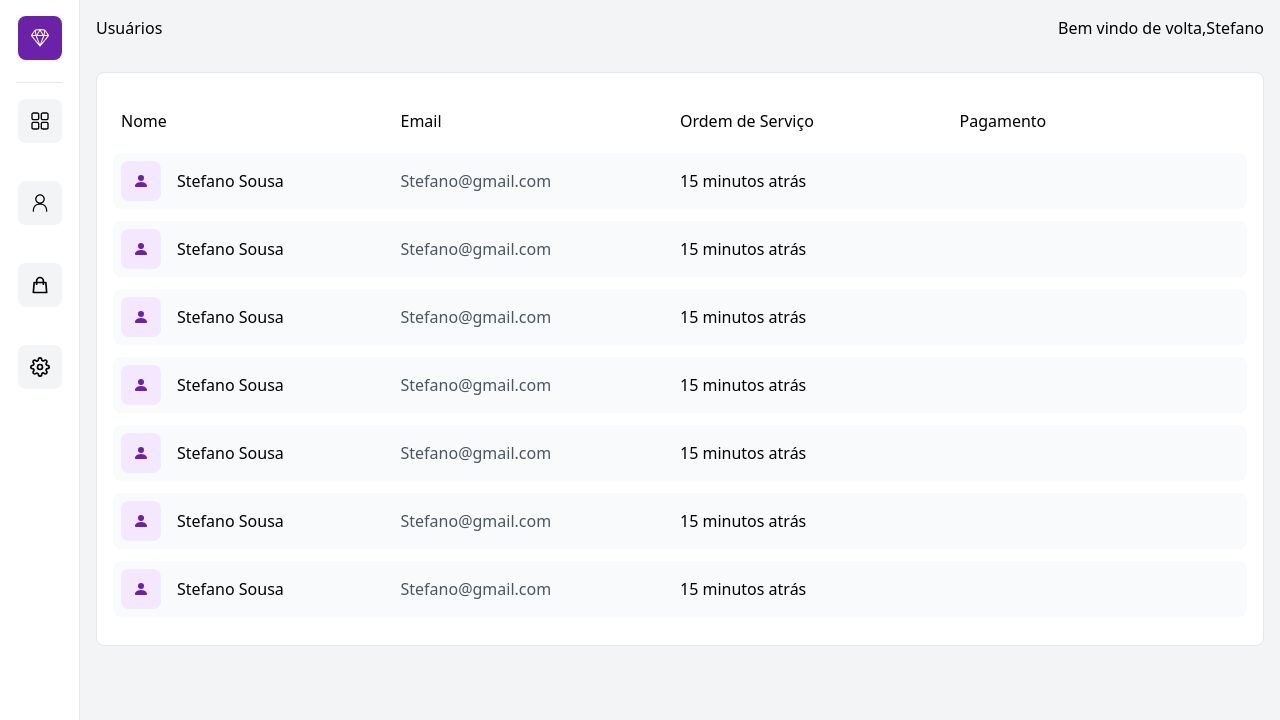
Repository: stefanosousaa/dashboard-next13
Page: /costumers
The author's editor kept a copy of each file at every save. The page is drawn from the files as they stood at one save, then again after the next save.
The browser window is 1280 px wide. The pictures show the whole page.
The project was rebuilt for these pictures with package versions that can differ from the ones it lists, and the page was loaded fresh each time. The framework's server and built-in components were replaced by stand-ins that run in the browser. Also part of the build but not shown: next.config.js.

Above is the page before, as saved 2023-05-16 19:36:16.

After the next save:
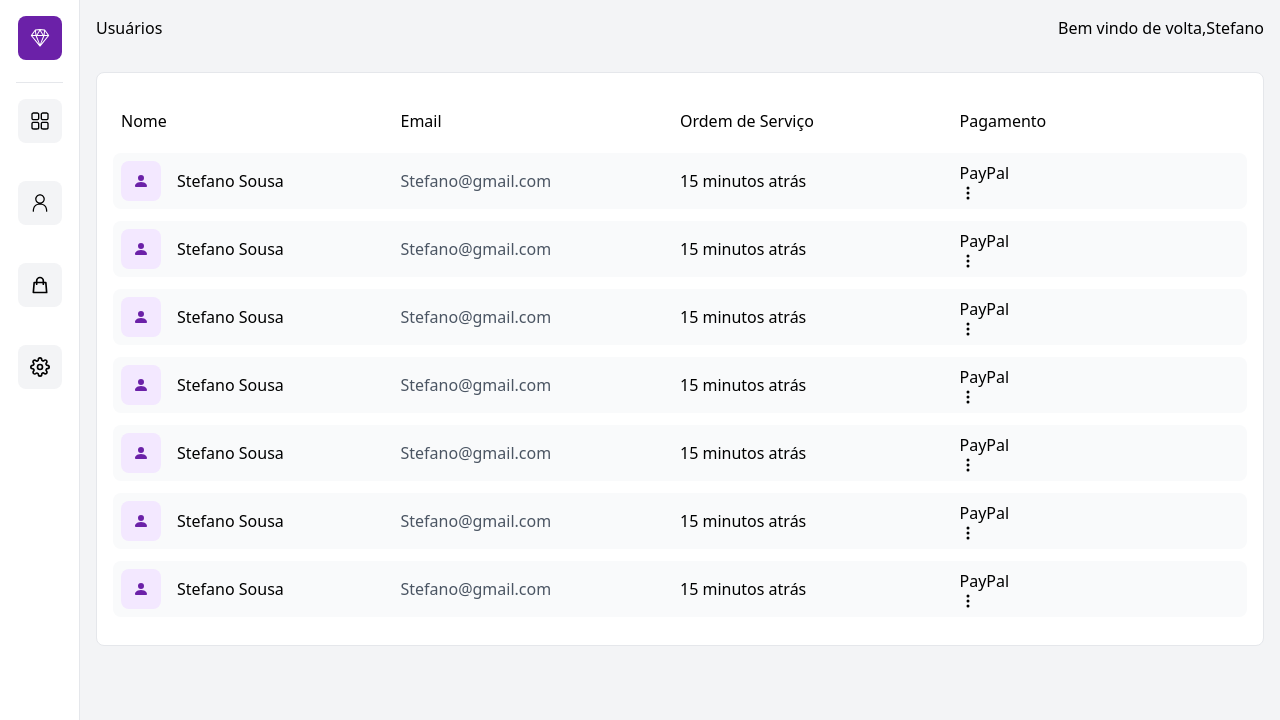
Saved 71 s later.
--- a/pages/costumers.jsx
+++ b/pages/costumers.jsx
@@ -28,6 +28,10 @@ const costumers = () => {
                       </div>
                       <p className='text-gray-600 sm:text-left text-right'>{order.name.first}@gmail.com</p>
                       <p className='hidden md:flex'>{order.date}</p>
+                      <div>
+                        <p>{order.method}</p>
+                        <BsThreeDotsVertical/>
+                      </div>
                     </li>
                 ))}
               </ul>
